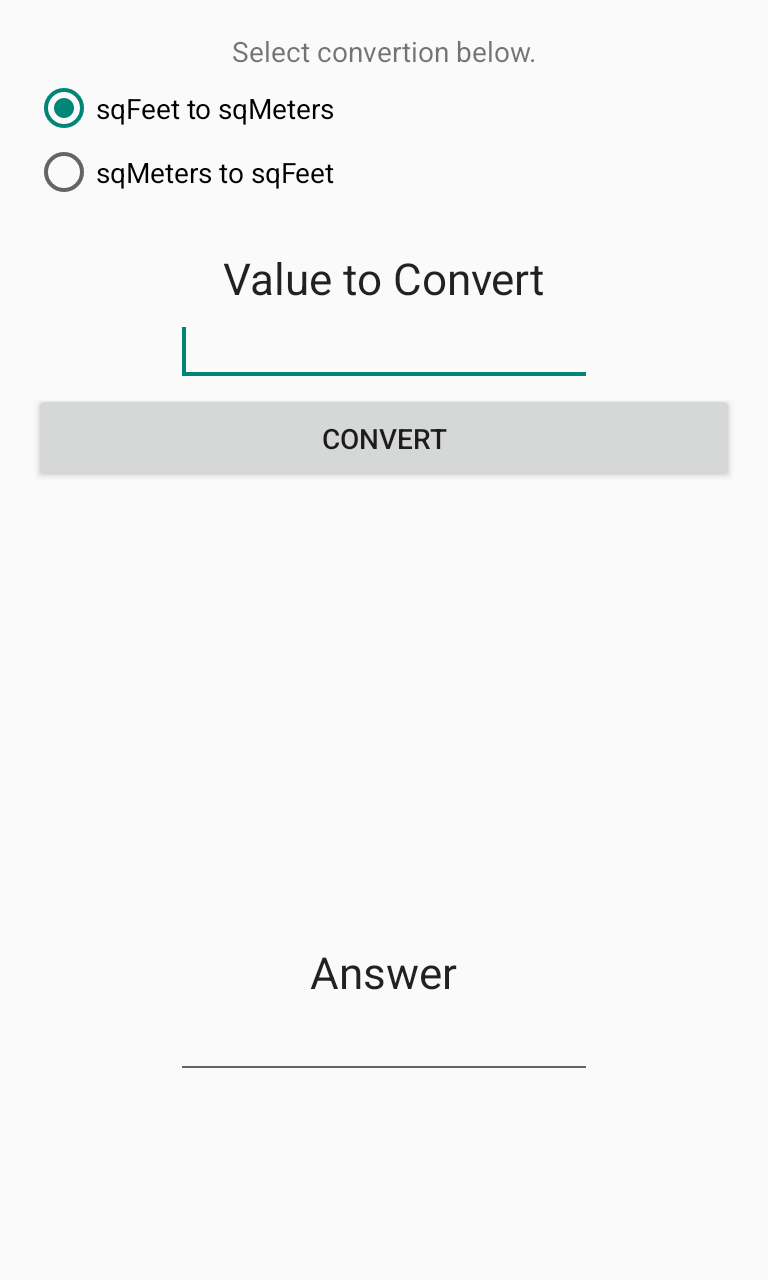
Repository: awayzo/6300Fall14Assignment4
Layout: UnitConvertor/res/layout/activity_area.xml
These files come from the project's save history. The layout is drawn as it stood at one moment and after the next save; the edit follows.
It is drawn on a 768 x 1280 px phone screen (xhdpi) without system bars, with theme AppTheme; the app's code is not run.

Above is the layout before, as saved 2014-09-27 07:48:20.

### UnitConvertor/res/layout/activity_area.xml
<RelativeLayout xmlns:tools="http://schemas.android.com/tools"
    xmlns:android="http://schemas.android.com/apk/res/android"
    android:layout_width="match_parent"
    android:layout_height="match_parent"
    android:paddingBottom="@dimen/activity_vertical_margin"
    android:paddingLeft="@dimen/activity_horizontal_margin"
    android:paddingRight="@dimen/activity_horizontal_margin"
    android:paddingTop="@dimen/activity_vertical_margin"
    tools:context="edu.gatech.seclass.unitconvertor.AreaActivity" >

    <TextView
        android:id="@+id/lblTitle_Currency"
        android:layout_width="wrap_content"
        android:layout_height="wrap_content"
        android:layout_alignParentTop="true"
        android:layout_centerHorizontal="true"
        android:text="Select convertion below." />

    <EditText
        android:id="@+id/txtValue"
        android:layout_width="wrap_content"
        android:layout_height="wrap_content"
        android:layout_below="@+id/lblValue"
        android:layout_centerHorizontal="true"
        android:ems="10"
        android:inputType="numberDecimal" >

        <requestFocus />
    </EditText>

    <EditText
        android:id="@+id/txtAnswer"
        android:layout_width="wrap_content"
        android:layout_height="wrap_content"
        android:layout_alignLeft="@+id/txtValue"
        android:layout_alignParentBottom="true"
        android:layout_marginBottom="82dp"
        android:ems="10"
        android:inputType="numberDecimal" />

    <Button
        android:id="@+id/btnConvert"
        android:layout_width="match_parent"
        android:layout_height="wrap_content"
        android:layout_below="@+id/txtValue"
        android:layout_centerHorizontal="true"
        android:text="Convert" />

    <TextView
        android:id="@+id/lblAnswer"
        android:layout_width="wrap_content"
        android:layout_height="wrap_content"
        android:layout_above="@+id/txtAnswer"
        android:layout_centerHorizontal="true"
        android:text="Answer"
        android:textAppearance="?android:attr/textAppearanceLarge" />

    <RadioGroup
        android:id="@+id/radioGroupArea"
        android:layout_width="wrap_content"
        android:layout_height="wrap_content"
        android:layout_alignBottom="@+id/radioButton1"
        android:layout_alignParentLeft="true" >
    </RadioGroup>

    <RadioButton
        android:id="@+id/radio0"
        android:layout_width="match_parent"
        android:layout_height="wrap_content"
        android:layout_below="@+id/radioGroup1"
        android:layout_centerHorizontal="true"
        android:layout_marginTop="22dp"
        android:checked="true"
        android:text="sqFeet to sqMeters" />

    <RadioButton
        android:id="@+id/radio2"
        android:layout_width="match_parent"
        android:layout_height="wrap_content"
        android:layout_below="@+id/radio0"
        android:layout_centerHorizontal="true"
        android:text="sqMeters to sqFeet" />

    <TextView
        android:id="@+id/lblValue"
        android:layout_width="wrap_content"
        android:layout_height="wrap_content"
        android:layout_below="@+id/radio2"
        android:layout_centerHorizontal="true"
        android:layout_marginTop="22dp"
        android:text="Value to Convert"
        android:textAppearance="?android:attr/textAppearanceLarge" />

</RelativeLayout>

Loaded but not shown: UnitConvertor/res/values/styles.xml (common file); UnitConvertor/res/values-v11/styles.xml (common file); UnitConvertor/res/values-v14/styles.xml (common file); UnitConvertor/res/values/dimens.xml (common file); UnitConvertor/res/values-w820dp/dimens.xml (common file)

After the next save:
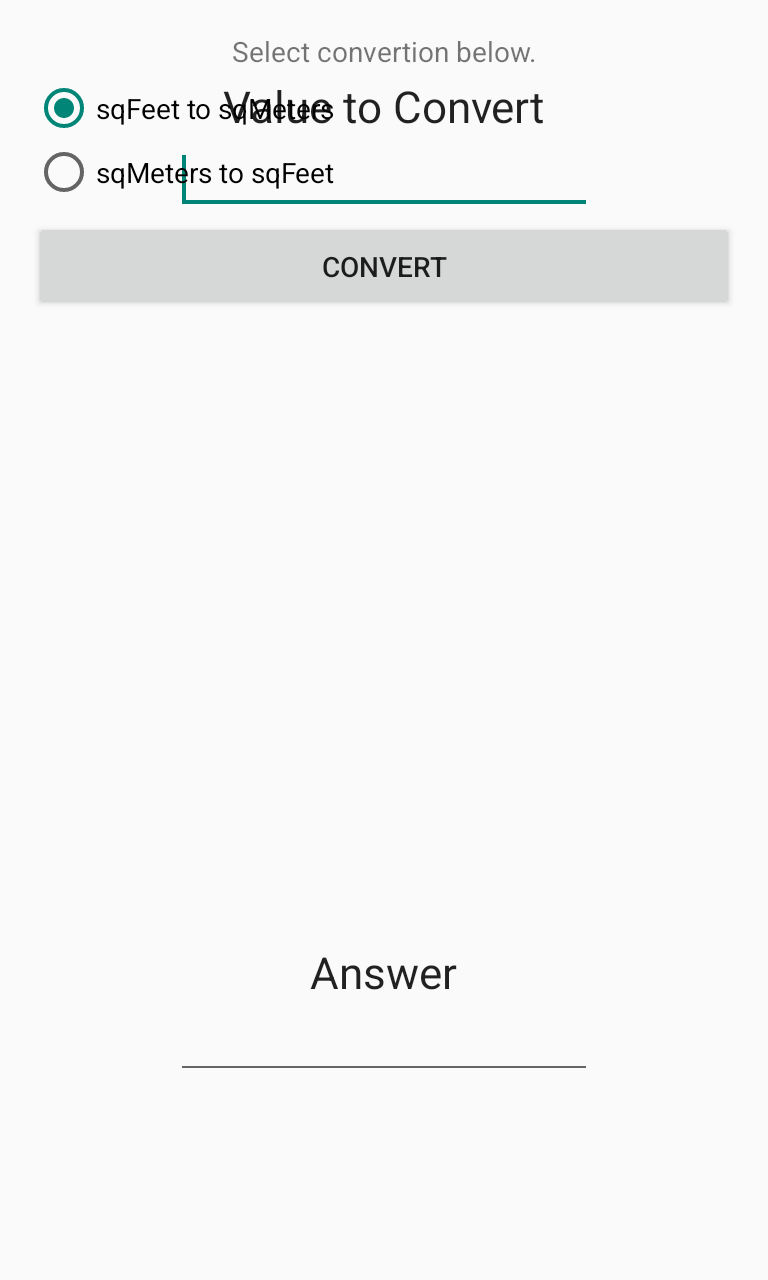
Saved 9 s later.
--- a/UnitConvertor/res/layout/activity_area.xml
+++ b/UnitConvertor/res/layout/activity_area.xml
@@ -61,7 +61,7 @@
         android:layout_height="wrap_content"
         android:layout_alignBottom="@+id/radioButton1"
         android:layout_alignParentLeft="true" >
-    </RadioGroup>
+
 
     <RadioButton
         android:id="@+id/radio0"
@@ -80,6 +80,7 @@
         android:layout_below="@+id/radio0"
         android:layout_centerHorizontal="true"
         android:text="sqMeters to sqFeet" />
+       </RadioGroup>
 
     <TextView
         android:id="@+id/lblValue"

After the save that followed:
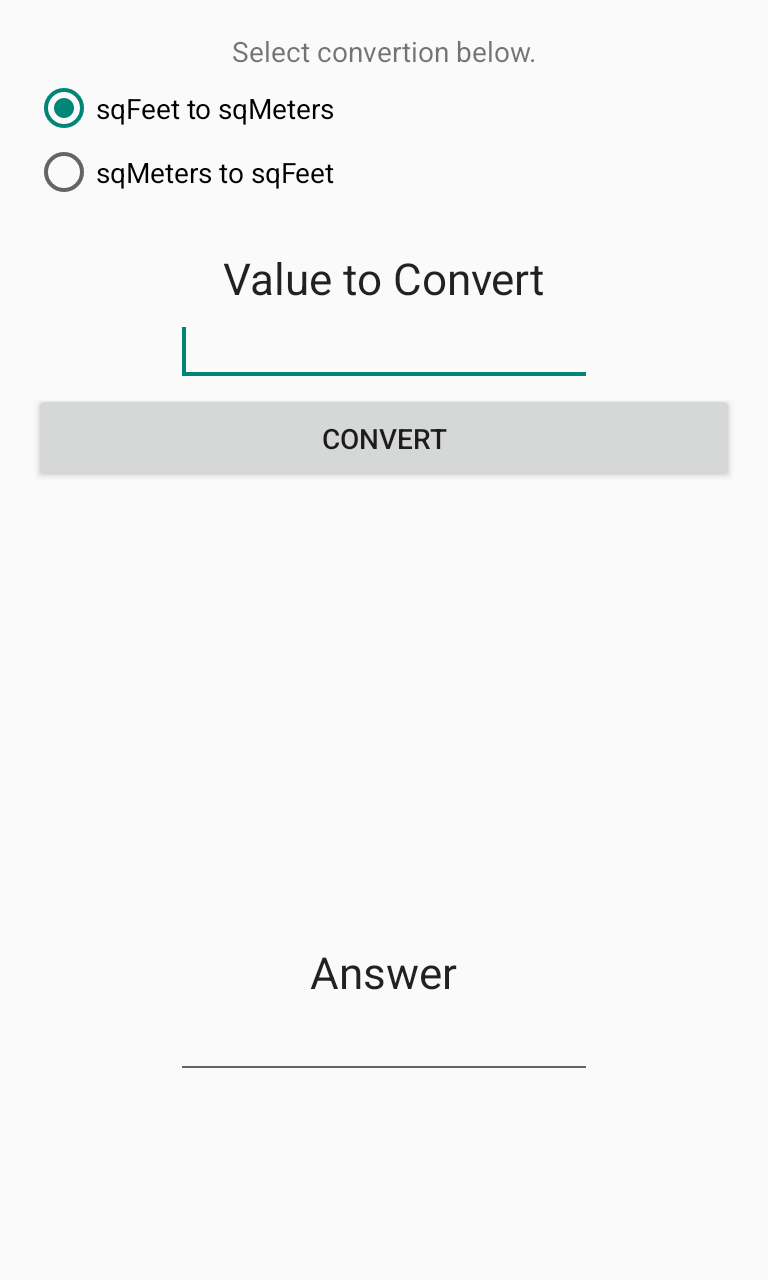
Saved 33 s later.
--- a/UnitConvertor/res/layout/activity_area.xml
+++ b/UnitConvertor/res/layout/activity_area.xml
@@ -86,7 +86,7 @@
         android:id="@+id/lblValue"
         android:layout_width="wrap_content"
         android:layout_height="wrap_content"
-        android:layout_below="@+id/radio2"
+        android:layout_below="@+id/radioGroupArea"
         android:layout_centerHorizontal="true"
         android:layout_marginTop="22dp"
         android:text="Value to Convert"
